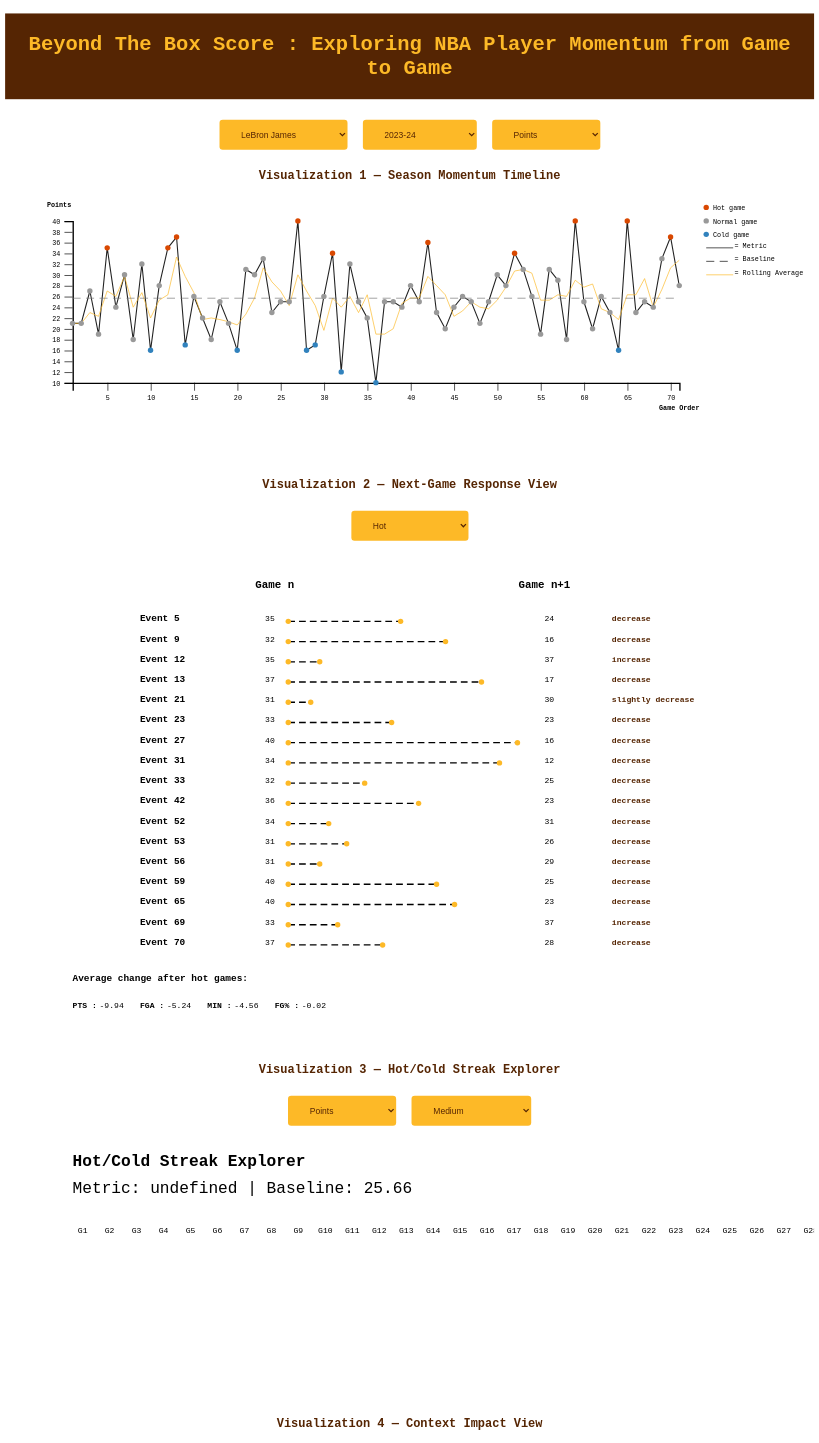
Repository: houdafatih/Data-Viz-Project
Page: index.html
The author's editor kept a copy of each file at every save. The page is drawn from the files as they stood at one save, then again after the next save.
The browser window is 1280 px wide. The pictures show the whole page, at 64% of full size.

Above is the page before, as saved 2026-06-20 09:48:48.
Console error: TypeError: Cannot read properties of undefined (reading 'selectAll')

### index.html
<!DOCTYPE html>
<html>
   <head>
    <meta charset="UTF-8"/>
    <title>Beyond The Box Score</title>
    <link rel="stylesheet" href="style.css" >
  </head>
  <body>
     <h1>Beyond The Box Score : Exploring NBA Player Momentum from Game to Game</h1>

     <div class="selection">
        <select id="playerSelect">
            <option selected disabled>Select a Player</option>
        </select>

        <select id="seasonSelect">
            <option selected disabled>Select a Season</option>
        </select>

        <select id="metricSelect">
            <option selected disabled>Select a metric</option>
            <option value="pts">Points</option>
            <option value="fga">FGA</option>
            <option value="min">Minutes</option>
            <option value="fg_pct">FG%</option>
            <option value="plus_minus">Plus/Minus</option>
        </select>
     </div>

     <h3>Visualization 1 — Season Momentum Timeline</h3>
     <div id="vizual1"></div>

     <h3>Visualization 2 — Next-Game Response View</h3>
     <div class="selection">
        <select id="performanceSelect">
            <option selected disabled>Select event type</option>
            <option value="all">All</option>
            <option value="hot">Hot</option>
            <option value="cold">Cold</option>
            <option value="normal">Normal</option>
        </select>
     </div>
     <div id="vizual2"></div>

     <h3>Visualization 3 — Hot/Cold Streak Explorer</h3>
     <div class="selection">
        <select id="metricSelectV3">
            <option selected disabled>Select a metric</option>
            <option value="pts">Points</option>
            <option value="fga">FGA</option>
            <option value="min">Minutes</option>
            <option value="fg_pct">FG%</option>
            <option value="plus_minus">Plus/Minus</option>
        </select>
        <select id="thresholdSelect">
        <option selected disabled>Select a threshold</option>
            <option value="loose">Loose</option>
            <option value="medium">Medium</option>
            <option value="strict">Strict</option>
        </select>
     </div>
     <div id="vizual3"></div>


     <h3>Visualization 4 — Context Impact View</h3>
     <div id="vizual4"></div>

  </body>
  <script src="https://d3js.org/d3.v7.min.js"></script>
  <script type="module" src="index.js"></script>
</html>

### style.css
body{
    padding: 0px;
}
h1{
  text-align: center;
  font-size: 2rem;
  font-family: "Courier New", Courier, monospace;
  color : #fdb927;
  background-color: #552503;
  padding: 30px;

}
.selection{
    text-align: center;
}
select{
    margin: 10px;
    padding: 15px 30px;
    border-radius: 5px;
    border: none;
    background: #fdb927;
    color:#552503;

}
select option:hover{
    background-color: #fdb927;
}



h3{
    color: #552503;
    font-family: "Courier New", Courier, monospace;
    text-align: center;
}
.tick{
    font-size: 5px;
}
line{
    stroke-width: 0.5px;
}
.label{
    color: #552503;
    font-family: "Courier New", Courier, monospace;
    font-weight: bold;
}

.tooltip{
    position: fixed;
    background: wheat;
    border: 1px solid #ccc;
    padding: 10px;
    font-size: 15px;
    opacity: 0;
    pointer-events: none;

}
text{
    font-family: "Courier New", Courier, monospace;
}
.tooltip2{
    position: fixed;
    background: #fdb927;
    border: 1px solid #ccc;
    padding: 10px;
    font-size: 15px;
    visibility: hidden;
    pointer-events: none;
}
.line2{
    stroke-width: 1px;
}

### index.js
import {playersData,seasonData} from "./scripts/utils.js";
import { drawVisualization1 } from "./scripts/visualization1.js";
import { drawVisualization2 } from "./scripts/visualization2.js";
import { drawVisualization3 } from "./scripts/visualization3.js";

d3.csv("data/nba.csv").then(function(data){

   data.forEach(element => {
        element.player_id = +element.player_id
        element.game_index = +element.game_index
        element.pts = +element.pts
        element.fga = +element.fga
        element.min = +element.min
        element.fg_pct = +element.fg_pct
        element.plus_minus = +element.plus_minus
        element.next_pts = +element.next_pts
        element.next_fga = +element.next_fga
        element.next_min = +element.next_min
        element.next_fg_pct = +element.next_fg_pct
        element.rolling_pts_avg_3 = +element.rolling_pts_avg_3
        element.baseline_pts = +element.baseline_pts
        element.pts_diff_from_baseline = +element.pts_diff_from_baseline
        element.streak_length = +element.streak_length
   });

   playersData(data)
   seasonData(data)

   const nba_data = data

   d3.select("#playerSelect").property("value",nba_data[0].player_name)

   d3.select("#seasonSelect").property("value",nba_data[0].season_year)

   d3.select("#metricSelect").property("value","pts")

   d3.select("#performanceSelect").property("value","hot")

   d3.select("#metricSelectV3").property("value","pts")

   d3.select("#thresholdSelect").property("value","medium")

   updateVisualizations(nba_data)


   d3.select("#playerSelect").on("change",() => updateVisualizations(nba_data))
   d3.select("#seasonSelect").on("change",() => updateVisualizations(nba_data))
   d3.select("#metricSelect").on("change",() => updateVisualizations(nba_data))
   d3.select("#performanceSelect").on("change",() => updateVisualizations(nba_data))
   d3.select("#metricSelectV3").on("change",() => updateVisualizations(nba_data))
   d3.select("#thresholdSelect").on("change",() => updateVisualizations(nba_data))

})

function updateVisualizations(nba_data){
    const player = d3.select("#playerSelect").property("value")
    const season = d3.select("#seasonSelect").property("value")
    const metric = d3.select("#metricSelect").property("value")

    const eventT = d3.select("#performanceSelect").property("value")

    const metricv3 = d3.select("#metricSelectV3").property("value")
    const threshold =d3.select("#thresholdSelect").property("value")

    if(player === "Select a Player" || season === "Select a Season" || metric === "Select a metric"){
        return
    }

    let data_filter = nba_data.filter(d => d.player_name === player && d.season_year == season)
    drawVisualization1(data_filter,"#vizual1",metric)

    if(eventT === "Select event type"){
        return
    }
    drawVisualization2(data_filter,"#vizual2",metric,eventT)

    if(metricv3 === "Select a metric" || threshold === "Select a threshold"){
        return
    }
    drawVisualization3(data_filter,"#vizual3",metricv3,threshold)
}

### scripts/utils.js
export function playersData(data){
    const players_list = [...new Set(data.map(dt => dt.player_name))]

    d3.select("#playerSelect").selectAll(".players-options").data(players_list)
    .enter().append("option").attr("class","players-options").attr("value",dt=>dt).text(dt => dt)
}

export function seasonData(data){
    const seasons_list = [...new Set(data.map(dt => dt.season_year))]
    d3.select("#seasonSelect").selectAll(".seasons-options").data(seasons_list)
    .enter().append("option").attr("class","seasons-options").attr("value",dt=>dt).text(dt => dt)
}

### scripts/visualization1.js
export function drawVisualization1(data,id,metric){
     if(data.length === 0) {
        clearCanvas(id)
        return
    }
     const canvas = createCanvas()

     clearCanvas(id)

     const svg = addSvg(id,canvas)
     const sc = addScales(data,canvas,metric)

     addAxes(svg,sc,canvas)
     addMetricLine(svg,sc,data,metric)
     addAverageLine(svg,sc,data,metric)
     addBaselineLine(svg,sc,data,metric)
     addPoints(svg,sc,data,metric)
     addLabels(svg,canvas,metric)

     addLegends(svg,canvas)
}

function createCanvas(){
    return{
        width : 600, height: 200, margin:{top: 20,right:100, bottom:60, left:50}
    }
}

function clearCanvas(id){
    d3.select(id).html("")
}

function addSvg(id,canvas){
    return d3.select(id).append("svg").attr("viewBox",`0 0 ${canvas.width} ${canvas.height}`)
}

function addScales(data,canvas,metric){
    const xScale =
    d3.scaleLinear().domain(d3.extent(data,dt => dt.game_index))
    .range([canvas.margin.left,canvas.width - canvas.margin.right])

    const yScale =
      d3.scaleLinear().domain([d3.min(data,d => d[metric]),d3.max(data,d => d[metric])])
      .nice().range([canvas.height - canvas.margin.bottom,canvas.margin.top])

    return {xScale,yScale}
}

function addAxes(svg, scales, canvas){
    svg.append("g").attr("transform",`translate(0, ${canvas.height - canvas.margin.bottom})`)
    .call(d3.axisBottom(scales.xScale))

    svg.append("g").attr("transform",`translate(${canvas.margin.left},0)`)
    .call(d3.axisLeft(scales.yScale))
}

function addMetricLine(svg,scales,data,metric){
    let line = d3.line().x(d => scales.xScale(d.game_index)).y(d => scales.yScale(d[metric]))

    svg.append("path").datum(data).attr("fill","none").attr("stroke","#222")
     .attr("stroke-width",0.8).attr("d",line)
}

function addAverageLine(svg,scales,data,metric){
    if(metric != "pts") return
    let avg_line = d3.line().x(d => scales.xScale(d.game_index)).y(d => scales.yScale(d.rolling_pts_avg_3))

    svg.append("path").datum(data).attr("fill","none").attr("stroke","#fdb927")
     .attr("stroke-width",0.5).attr("d",avg_line)
}

function addBaselineLine(svg,scales,data,metric){

    let base_line = d3.mean(data,d => d[metric])


    svg.append("line")
    .attr("x1",scales.xScale(d3.min(data,dt => dt.game_index))).attr("x2",scales.xScale(d3.max(data,dt => dt.game_index)))
    .attr("y1",scales.yScale(base_line)).attr("y2",scales.yScale(base_line))
    .attr("stroke","#777").attr("stroke-dasharray","6 4")
}

function addPoints(svg,scales,data,metric){
    const tooltip = toolTip()

    svg.selectAll("circle").data(data).enter()
     .append("circle").attr("class","game-pt")
     .attr("cx", d => scales.xScale(d.game_index))
     .attr("cy",d => scales.yScale(d[metric]))
     .attr("r",2).attr("fill",d => colorPoint(d.performance_label))
     .on("mouseover",function(event,d){
        d3.select(this).attr("r",3)
        tooltip.style("opacity",1).html(tooltipInformations(d))
     })
     .on("mousemove",function(event){
        tooltip.style("left",event.clientX+15+"px")
          .style("top",event.clientY-20+"px")
     })
     .on("mouseout",function(){
        d3.select(this)
        .attr("r",2)
        tooltip.style("opacity",0)
     })
     //.on("click",function(event,d){
       // highlightGameandNextGame(svg,data,d)
    // })



}

function colorPoint(perf){
    if(perf === "hot") return "#d94801"
    if(perf === "cold") return "#3182bd"
    return "#999"
}

function addLabels(svg,canvas,metric){
    svg.append("text").attr("class","label")
    .attr("x",canvas.width - 100).attr("y",canvas.height-40)
    .attr("text-anchor","middle").attr("font-size","5px")
    .text("Game Order")

    svg.append("text").attr("class","label")
    .attr("x",40).attr("y",10)
    .attr("text-anchor","middle").attr("font-size","5px")
    .text(metricName(metric))
}

function metricName(metric){
    if(metric === "pts") return "Points"
    if(metric === "fga") return "Field Goal Attempts"
    if(metric === "min") return "Minutes"
    if(metric === "fg_pct") return "Field Goal Percentage"
    if(metric === "plus_minus") return "Plus / Minus"
}

function addLegends(svg,canvas){
    const lg = svg.append("g").attr("transform",
        `translate(${canvas.width - canvas.margin.right+20},${canvas.margin.top-10})`)


    lg.append("circle").attr("cx",0).attr("cy",0).attr("r",2).attr("fill","#d94801")
    lg.append("text").attr("x",5).attr("y",2).text("Hot game").attr("font-size","5px")

    lg.append("circle").attr("cx",0).attr("cy",10).attr("r",2).attr("fill","#999")
    lg.append("text").attr("x",5).attr("y",12).text("Normal game").attr("font-size","5px")

    lg.append("circle").attr("cx",0).attr("cy",20).attr("r",2).attr("fill","#3182bd")
    lg.append("text").attr("x",5).attr("y",22).text("Cold game").attr("font-size","5px")


    lg.append("line").attr("x1",0).attr("x2",20).attr("y1",30).attr("y2",30)
    .attr("stroke","black").attr("stroke-width",2)
    lg.append("text").attr("x",21).attr("y",30).text(" = Metric").attr("font-size","5px")

    lg.append("line").attr("x1",0).attr("x2",20).attr("y1",40).attr("y2",40)
    .attr("stroke","black").attr("stroke-dasharray","6 4")
    lg.append("text").attr("x",21).attr("y",40).text(" = Baseline").attr("font-size","5px")

    lg.append("line").attr("x1",0).attr("x2",20).attr("y1",50).attr("y2",50)
    .attr("stroke-width",2).attr("stroke","#fdb927")
    lg.append("text").attr("x",21).attr("y",50).text(" = Rolling Average").attr("font-size","5px")
}

function toolTip(){
    let tooltip = d3.select("body").select(".tooltip")
    if(tooltip.empty()){
        tooltip = d3.select("body").append("div").attr("class","tooltip")
    }

    return tooltip
}

function tooltipInformations(data){
    return `<strong> Game ${data.game_index} </strong><br>
            Date : ${data.game_date}<br>
            Home/Away : ${data.home_away}<br>
            Points : ${data.pts}<br>
            Minutes : ${data.min}<br>
            FGA : ${data.fga}<br>
            Next Game Points : ${data.next_pts}<br>`
}

function highlightGameandNextGame(svg,data,selected){
    const nextG = data.find(d => d.game_index === selected.game_index + 1)

    svg.selectAll(".game-point").attr("r",8).attr("stroke","none").attr("opacity",0.4)

    svg.selectAll(".game-point").filter(d => d.game_index === selected.game_index)
    .attr("stroke","black").attr("stroke-width",3).attr("r",5).attr("opacity",1)

    if(nextG){
        svg.selectAll(".game-point").filter(d => d.game_index === nextG.game_index)
       .attr("stroke","#3182bd").attr("stroke-width",3).attr("r",8).attr("opacity",1)
    }
}

### scripts/visualization2.js
export function drawVisualization2(data,id,metric,eventT){
    if(data.length === 0) {
        clearCanvas(id)
        return
    }


     let new_data = createData(data,metric)

     if(eventT !== "all"){
        new_data = new_data.filter(d => performance_filter(d.current_g,data,metric) === eventT)
     }

     const canvas = createCanvas(new_data)

     clearCanvas(id)

     const svg = addSvg(id,canvas)

     draw_Header(svg,200,400)
     draw_Rows(svg,new_data,200,400,canvas.margin,15)
     addSummaryCard(svg,new_data,eventT,canvas)

}
function createCanvas(new_data){
    return{
        width : 600, height: 100 + new_data.length *16 , margin:{top: 20,right:100, bottom:60, left:50}
    }
}

function clearCanvas(id){
    d3.select(id).html("")
}

function addSvg(id,canvas){
    return d3.select(id).append("svg").attr("viewBox",`0 0 ${canvas.width} ${canvas.height}`)
}

function createData(data,metric){
   const new_data = data.slice().sort((a,b) => a.game_index - b.game_index)

   return new_data.slice(0,-1).map((d,j) => {
      const nextG = new_data[j+1]

      return {
        eventN: j+1,
        game_idx : d.game_index,
        nextg_index : nextG.game_index,
        current_v: d[metric],
        next_v : nextG[metric],
        difference : nextG[metric] - d[metric],
        current_g : d,
        next_g : nextG
      }
   })
}

function draw_Header(svg,left,right){
    svg.append("text").attr("x",left).attr("y",30)
    .attr("text-anchor","middle").attr("font-weight","bold").attr("font-size","8px").text("Game n")

    svg.append("text").attr("x",right).attr("y",30)
    .attr("text-anchor","middle").attr("font-weight","bold").attr("font-size","8px").text("Game n+1")

}

function draw_Rows(svg,new_data,left,right,margin,r_height){
    const tooltip = toolTip2(new_data)

    const rows = svg.selectAll(".response-row").data(new_data).enter()
     .append("g").attr("class","response-row")
     .attr("transform",(d,j) => `translate(0,${margin.top+j*r_height})`)

    rows.append("text").attr("x",100).attr("y",35).text(d =>`Event ${d.eventN}` )
     .attr("font-size","7px").attr("font-weight","bold")
    rows.append("text").attr("x",left).attr("y",35).attr("text-anchor","end").text(d => d.current_v).attr("font-size","6px")

    const line_scale = d3.scaleLinear().domain([0,d3.max(new_data, d => Math.abs(d.difference))]).range([20,180])

    rows.append("line").attr("x1",left+10).attr("class","line2")
    .attr("x2",d => { const l= line_scale(Math.abs(d.difference))
        return left+l

    })
    .attr("y1",35).attr("y2",35).attr("stroke","black").attr("stroke-dasharray","5 3")
    .on("mouseover",function(event,d){
        tooltip.style("visibility","visible").html(tooltipInformations2(d))
     })
     .on("mousemove",function(event){
        tooltip.style("left",event.clientX+15+"px")
          .style("top",event.clientY-20+"px")
     })
     .on("mouseout",function(){
        tooltip.style("visibility","hidden")
     })

    rows.append("circle").attr("cx",left+10).attr("cy",35).attr("r",2).attr("fill","#fdb927")
    rows.append("circle").attr("cx",d => { const l= line_scale(Math.abs(d.difference))
        return left+l

    }).attr("cy",35).attr("r",2).attr("fill","#fdb927")

    rows.append("text").attr("x",right).attr("y",35).text(d => d.next_v).attr("font-size","6px")

    rows.append("text").attr("x",right+50).attr("y",35).text(d => difference_label(d.difference))
    .attr("font-size","6px").attr("fill","#552503").attr("font-weight","bold")

}

function difference_label(diff){
    if(diff > 1) return "increase"
    if(diff < -1) return "decrease"
    if(diff < 0) return "slightly decrease"
    if(diff > 0) return "slightly increase"
    return "stable"
}

function performance_filter(d,data,metric){
   const bLine = d3.mean(data,dt => dt[metric])
   const th = Math.abs(bLine) * 0.2
   const dv = d[metric] - bLine

   if(dv > th) return "hot"
   if(dv < -th) return "cold"
   return "normal"
}

function addSummaryCard(svg,new_data,eventT,canvas){

    svg.append("text").attr("x",50).attr("y",canvas.height-50)
    .attr("font-weight","bold").text(`Average change after ${eventT} games:`).attr("font-size","7px")

    const metrics_change = new_data.map(d => {
        const pts = d.current_g["next_pts"] - d.current_g["pts"]
        const fga = d.current_g["next_fga"] - d.current_g["fga"]
        const min = d.current_g["next_min"] - d.current_g["min"]
        const fg_pct = d.current_g["next_fg_pct"] - d.current_g["fg_pct"]

        return {"pts":pts,"fga":fga,"min":min,"fg_pct":fg_pct}
    })

    const means = [
        {"avg":d3.mean(metrics_change,d => d.pts),"name":"PTS"},
        {"avg":d3.mean(metrics_change,d => d.fga),"name":"FGA"},
        {"avg":d3.mean(metrics_change,d => d.min),"name":"MIN"},
        {"avg":d3.mean(metrics_change,d => d.fg_pct),"name":"FG%"}
    ]

    means.forEach((element,i) => {
        let position = canvas.margin.left+i*50
        svg.append("text").attr("x",position).attr("y",canvas.height-30)
        .attr("font-size","6px").attr("font-weight","bold")
        .text(`${element.name} : `)
        svg.append("text").attr("x",position+20).attr("y",canvas.height-30)
        .attr("font-size","6px")
        .text(`${element.avg.toFixed(2)}`)

    });

}

function toolTip2(){
    let tooltip = d3.select("body").select(".tooltip2")
    if(tooltip.empty()){
        tooltip = d3.select("body").append("div").attr("class","tooltip2")
    }

    return tooltip
}

function tooltipInformations2(data){
    console.log(data)
    return `<strong> Game n - Date: ${data.current_g["game_date"]} </strong><br>
            <strong> Game n - Opponent: ${data.current_g["opponent"]} </strong><br>
            <strong> Game n - Points: ${data.current_g["pts"]} </strong><br>
            <strong> Game n+1 - Date: ${data.next_g["game_date"]} </strong><br>
            <strong> Game n+1 - Opponent: ${data.next_g["opponent"]} </strong><br>
            <strong> Game n+1 - Points: ${data.next_g["pts"]} </strong><br>
    `
}

### scripts/visualization3.js
export function drawVisualization3(data,id,metric,threshold){
     if(data.length === 0) {
        clearCanvas(id)
        return
    }
     const canvas = createCanvas()

     clearCanvas(id)

     const svg = addSvg(id,canvas)

     const baseline_classif = calculateBaselineAndClassifyGames(data,metric)
     const scale = colorScale()

     addTitle(svg,canvas,baseline_classif.baseline)

     addLablels(svg,baseline_classif.classification,canvas)

     addCells(scale,baseline_classif.classification,canvas,scale)


}

function createCanvas(){
    return{
        width : 600, height: 200, margin:{top: 20,right:100, bottom:60, left:50}
    }
}

function clearCanvas(id){
    d3.select(id).html("")
}

function addSvg(id,canvas){
    return d3.select(id).append("svg").attr("viewBox",`0 0 ${canvas.width} ${canvas.height}`)
}

function calculateBaselineAndClassifyGames(data,metric)
{
  const baseline = d3.mean(data,dt=> dt[metric])

  const classification = data.map((d,j)=> {
    let perf_label = ""
    if(d[metric] > baseline + 5){
        perf_label = "hot"
    }else if(d[metric] < baseline - 5){
        perf_label = "cold"
    }
    else perf_label = "normal"

    return {
        ...d,
        g_num : j+1,
        perf_label:perf_label,
        difference : d[metric] - baseline
    }
  })

    return{
        baseline : baseline,
        classification : classification
    }
}

function colorScale(){
    const color_sc = d3.scaleOrdinal()
    .domain(["hot","normal","cold"])
    .range(["#d73027","#fff","#4575b4"])
}

function addTitle(svg,canvas,baseline){
    svg.append("text").attr("x",canvas.margin.left).attr("y",25).attr("font-size","12px")
    .attr("font-weight","bold").text("Hot/Cold Streak Explorer")

    svg.append("text").attr("x",canvas.margin.left).attr("y",45).attr("font-size","12px")
    .text(`Metric: ${canvas.metric} | Baseline: ${baseline.toFixed(2)}`)
}

function addLablels(svg, classification,canvas){
    svg.selectAll(".game-label").data(classification).enter().append("text").attr("class","game-label")
    .attr("x",(d,j) => canvas.margin.left + j * 20 + 15 /2).attr("y",75).attr("text-anchor","middle")
    .attr("font-size","6px").text(d => `G${d.g_num}`)
}

function addCells(svg, classification,canvas,scale){
    svg.selectAll(".game-cell").data(classification).enter().append("rect").attr("class","game-cell")
    .attr("x",(d,j) => canvas.margin.left + j * 20).attr("y",85).attr("width",15).attr("height",15)
    .attr("fill",d => scale(d.perf_label)).attr("stroke","#222").attr("stroke-width",1)
}

After the next save:
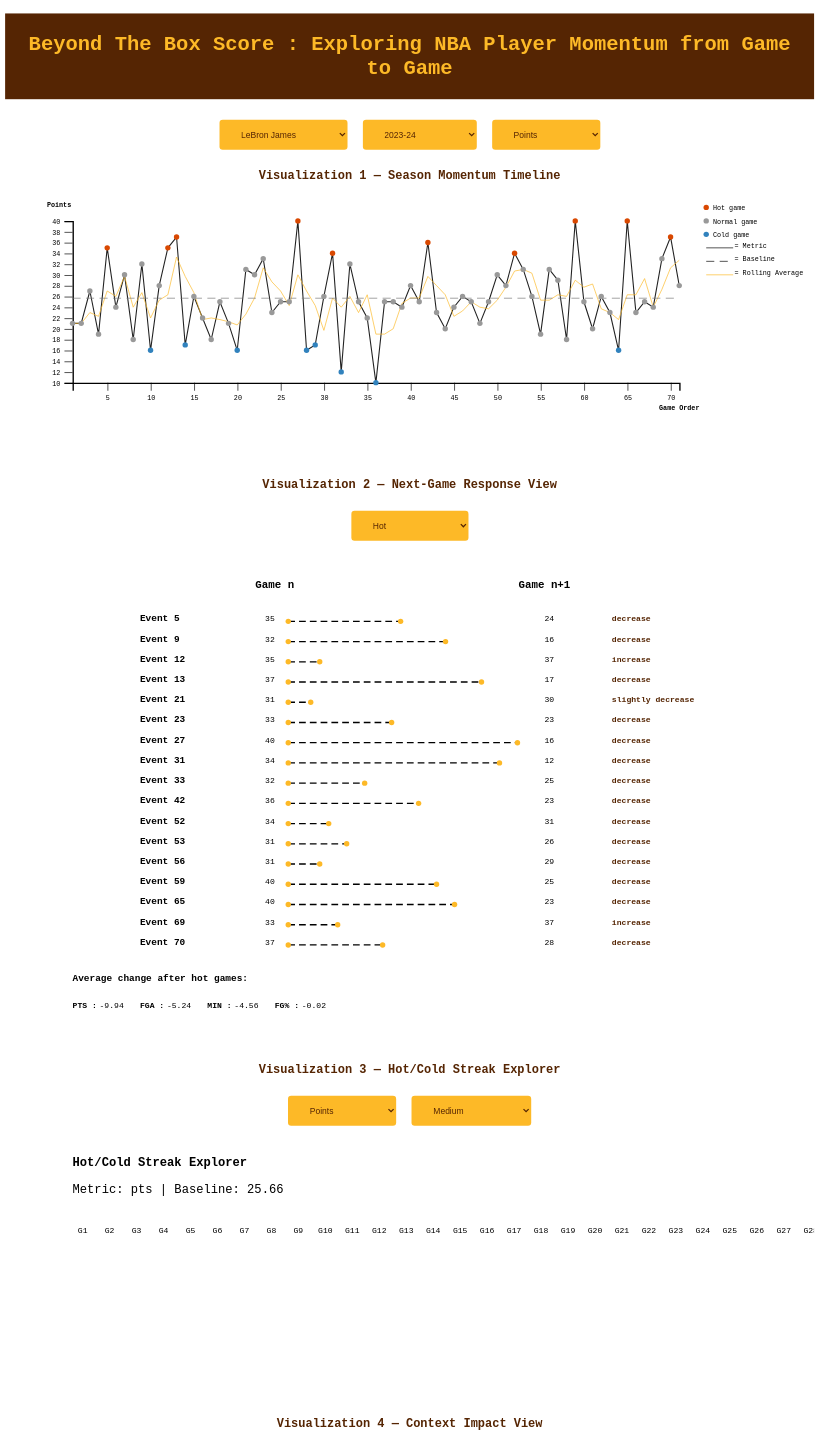
Saved 63 s later.
--- a/scripts/visualization3.js
+++ b/scripts/visualization3.js
@@ -12,7 +12,7 @@
      const baseline_classif = calculateBaselineAndClassifyGames(data,metric)
      const scale = colorScale()
 
-     addTitle(svg,canvas,baseline_classif.baseline)
+     addTitle(svg,canvas,baseline_classif.baseline,metric)
 
      addLablels(svg,baseline_classif.classification,canvas)
 
@@ -68,12 +68,12 @@
     .range(["#d73027","#fff","#4575b4"])
 }
 
-function addTitle(svg,canvas,baseline){
-    svg.append("text").attr("x",canvas.margin.left).attr("y",25).attr("font-size","12px")
+function addTitle(svg,canvas,baseline,metric){
+    svg.append("text").attr("x",canvas.margin.left).attr("y",25).attr("font-size","9px")
     .attr("font-weight","bold").text("Hot/Cold Streak Explorer")
 
-    svg.append("text").attr("x",canvas.margin.left).attr("y",45).attr("font-size","12px")
-    .text(`Metric: ${canvas.metric} | Baseline: ${baseline.toFixed(2)}`)
+    svg.append("text").attr("x",canvas.margin.left).attr("y",45).attr("font-size","9px")
+    .text(`Metric: ${metric} | Baseline: ${baseline.toFixed(2)}`)
 }
 
 function addLablels(svg, classification,canvas){
